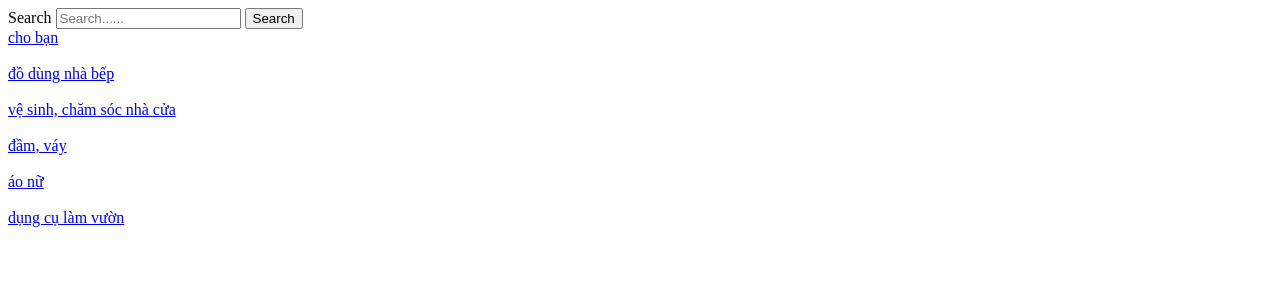
Repository: bao2222/hoc-lam-web
Page: About-me.html
An editor plug-in stored every save of this project. The page is shown before and after the next save, followed by the edit.
The browser window is 1280 px wide. The pictures show the whole page.

Above is the page before, as saved 2025-01-23 10:21:15.

### About-me.html
<!DOCTYPE html>
<html lang="en">
    <head>
        <title>About me</title>
        <meta charset="UTF-8">
        <link rel="name" href="welcome.html" type="text/html">

    </head>

    <body>
        <header>
            <div>
                <div>
                    <form>
                        <label for="search">Search</label>
                        <input type="text" id="search" placeholder="Search......" name="search" required>
                        <button type="submit">Search</button>

                    </form>
                </div>
                <a href="b1.html">cho bạn</a><br><br>
                <a href="b2.html">đồ dùng nhà bếp</a><br><br>
                <a href="b3.html">vệ sinh, chăm sóc nhà cửa</a><br><br>
                <a href="b4.html">đầm, váy</a><br><br>
                <a href="b5.html">áo nữ</a><br><br>
                <a href="b6.html">dụng cụ làm vườn </a>

            </div>


        </header>
        <nav></nav>
        <footer></footer>



    </body>
</html>

After the next save:
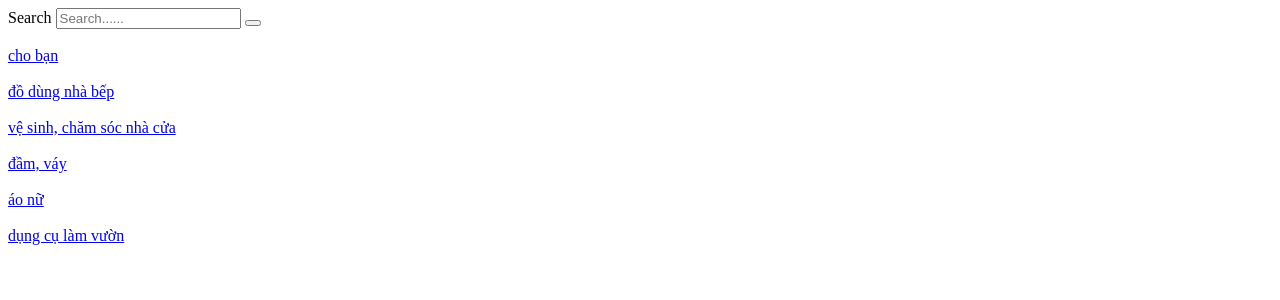
Saved 2 min 29 s later.
--- a/About-me.html
+++ b/About-me.html
@@ -14,7 +14,8 @@
                     <form>
                         <label for="search">Search</label>
                         <input type="text" id="search" placeholder="Search......" name="search" required>
-                        <button type="submit">Search</button>
+                        <button type="submit"><i class="fa fa-search"></i></button><br><br>
+
 
                     </form>
                 </div>

After the save that followed:
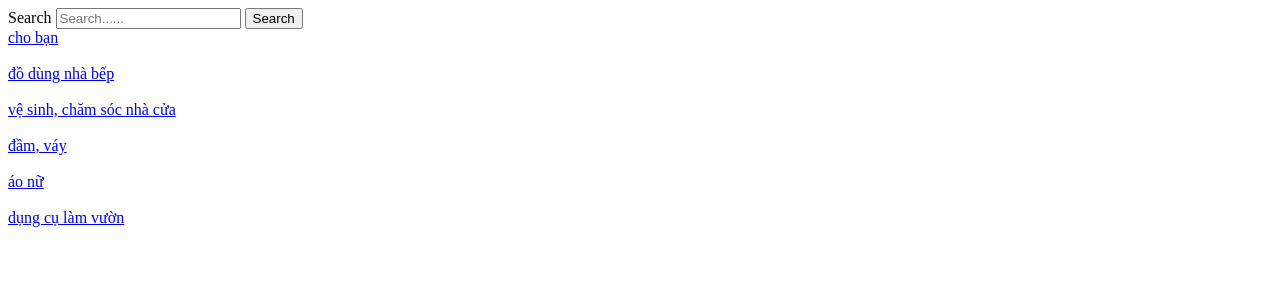
Saved 2 min 31 s later.
--- a/About-me.html
+++ b/About-me.html
@@ -14,7 +14,7 @@
                     <form>
                         <label for="search">Search</label>
                         <input type="text" id="search" placeholder="Search......" name="search" required>
-                        <button type="submit"><i class="fa fa-search"></i></button><br><br>
+                        <button type="submit">Search</button>
 
 
                     </form>
